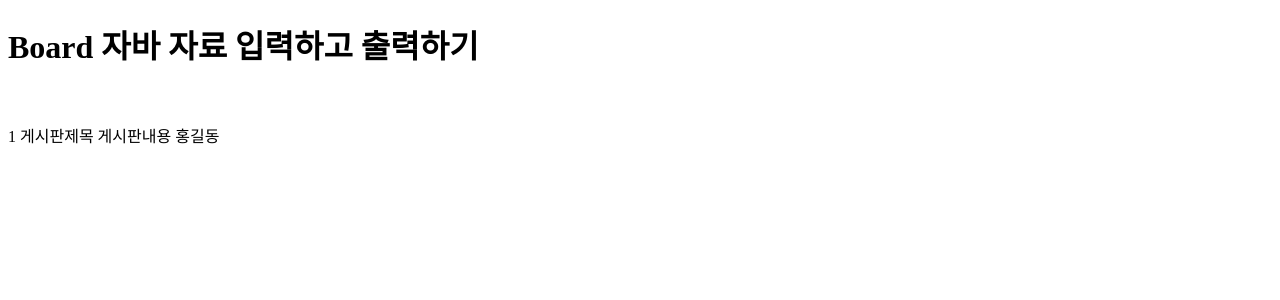
Repository: mi-ci/ai
Page: http://localhost/jsp01/ch004/useBean6.jsp
These files come from the project's save history. The page is drawn as it stood at one moment and after the next save; the edit follows.
The browser window is 1280 px wide. The pictures show the whole page.
The page is served by Tomcat 9. Other server files are loaded and not shown.

Above is the page before, as saved 2024-01-18 02:02:11.

### jsp01/src/main/webapp/ch004/useBean6.jsp
<%@ page language="java" contentType="text/html; charset=UTF-8"
    pageEncoding="UTF-8"%>
<!DOCTYPE html>
<html>
<head>
<meta charset="UTF-8">
<title>Insert title here</title>
</head>
<body>
	<h1> Board 자바 자료 입력하고 출력하기</h1><br>
	<jsp:useBean id="b" class = "jsp01.Board" scope = "page"></jsp:useBean>
	<%
		b.setbNo(1);
		b.setbTitle("게시판제목");
		b.setbContent("게시판내용");
		b.setWriter("홍길동");
	%>
	<p> <%= b.getbNo()%> <%= b.getbTitle()%> <%= b.getbContent()%> <%= b.getWriter()%>

</body>
</html>

### jsp01/src/main/java/jsp01/Board.java
package jsp01;

import java.io.Serializable;

public class Board implements Serializable {
	private int bNo;
	private String bTitle;
	private String bContent;
	private String writer;

	public Board() {
		// TODO Auto-generated constructor stub
	}

	public int getbNo() {
		return bNo;
	}

	public void setbNo(int bNo) {
		this.bNo = bNo;
	}

	public String getbTitle() {
		return bTitle;
	}

	public void setbTitle(String bTitle) {
		this.bTitle = bTitle;
	}

	public String getbContent() {
		return bContent;
	}

	public void setbContent(String bContent) {
		this.bContent = bContent;
	}

	public String getWriter() {
		return writer;
	}

	public void setWriter(String writer) {
		this.writer = writer;
	}


}

After the next save:
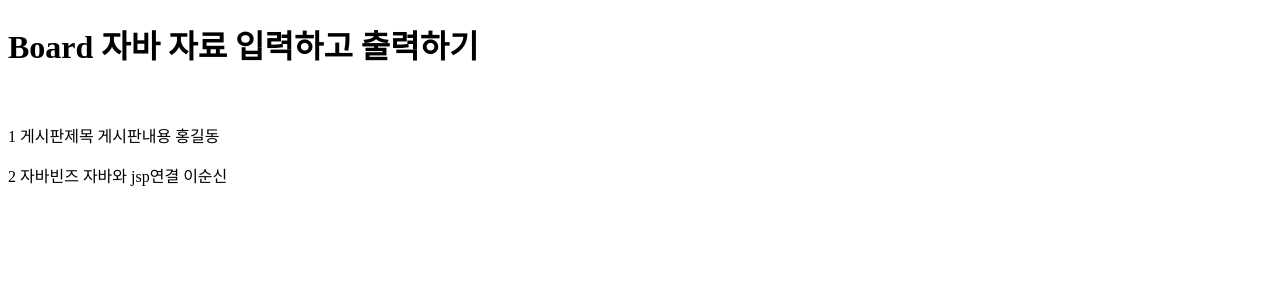
Saved 58 s later.
--- a/jsp01/src/main/webapp/ch004/useBean6.jsp
+++ b/jsp01/src/main/webapp/ch004/useBean6.jsp
@@ -17,5 +17,13 @@
 	%>
 	<p> <%= b.getbNo()%> <%= b.getbTitle()%> <%= b.getbContent()%> <%= b.getWriter()%>
 
+	<%
+		b.setbNo(2);
+		b.setbTitle("자바빈즈");
+		b.setbContent("자바와 jsp연결");
+		b.setWriter("이순신");
+	%>
+	<p> <%= b.getbNo()%> <%= b.getbTitle()%> <%= b.getbContent()%> <%= b.getWriter()%>
+
 </body>
 </html>
